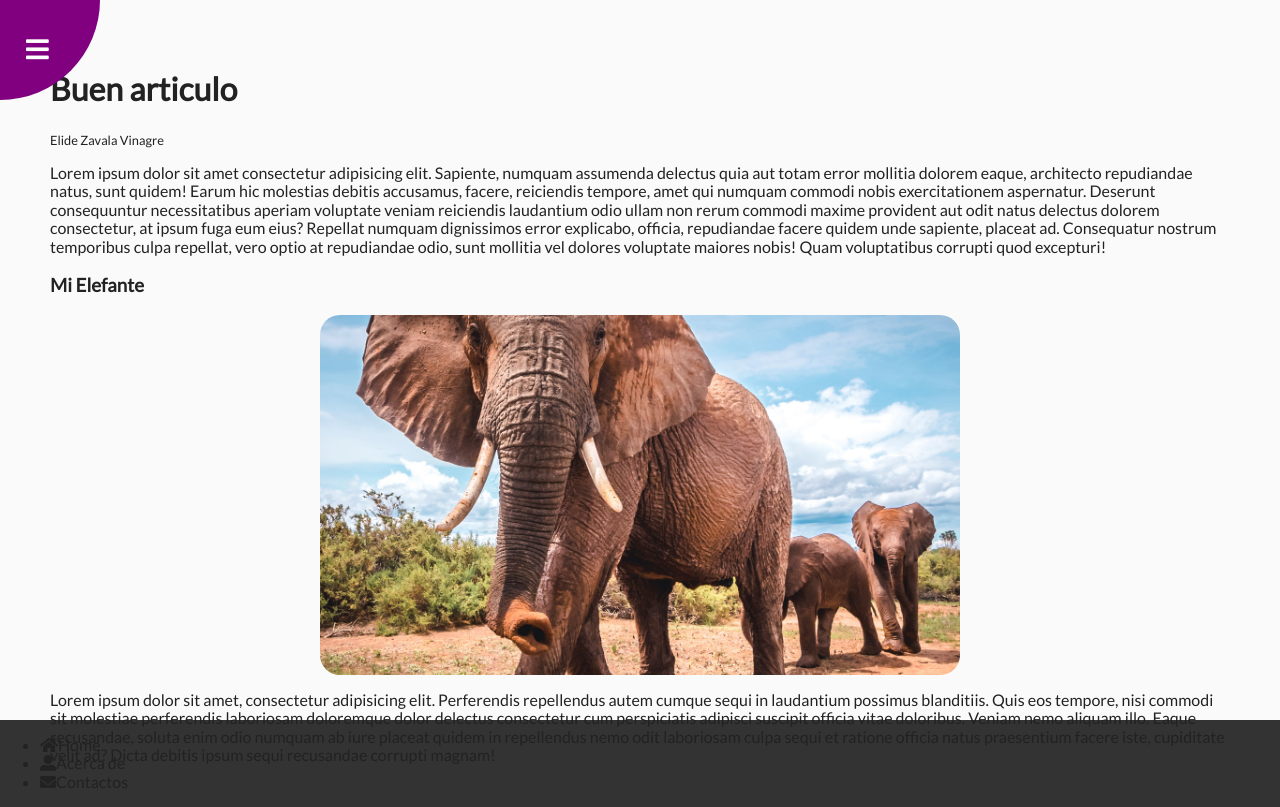
Repository: ElideZavala/Navagacion-en-rotacion
Page: index.html
An editor plug-in stored every save of this project. The page is shown before and after the next save, followed by the edit.
The browser window is 1280 px wide. The pictures show the whole page.

Above is the page before, as saved 2021-05-29 09:28:28.

### index.html
<!DOCTYPE html>
<html lang="en">
<head>
	<meta charset="UTF-8">
	<meta http-equiv="X-UA-Compatible" content="IE=edge">
	<meta name="viewport" content="width=device-width, initial-scale=1.0">
	<link rel="stylesheet" href="https://cdnjs.cloudflare.com/ajax/libs/font-awesome/5.15.3/css/all.min.css" integrity="sha512-iBBXm8fW90+nuLcSKlbmrPcLa0OT92xO1BIsZ+ywDWZCvqsWgccV3gFoRBv0z+8dLJgyAHIhR35VZc2oM/gI1w==" crossorigin="anonymous" referrerpolicy="no-referrer" />
	<link rel="stylesheet" href="style.css">
	<link rel="stylesheet" href="normalize.css">
	<title>Navegación Giratoria</title>
</head>
<body>
	<div class="container">
		<div class="circle-container">
			<div class="circle">
				<button id="close">
					<i class="fas fa-times"></i>
				</button>
				<button id="open">
					<i class="fas fa-bars"></i>
				</button>
			</div>
		</div>

		<div class="content">
			<h1 class="title">Buen articulo</h1>
			<small>Elide Zavala Vinagre</small>
			<p>Lorem ipsum dolor sit amet consectetur adipisicing elit. Sapiente, numquam assumenda delectus quia aut totam error mollitia dolorem eaque, architecto repudiandae natus, sunt quidem! Earum hic molestias debitis accusamus, facere, reiciendis tempore, amet qui numquam commodi nobis exercitationem aspernatur. Deserunt consequuntur necessitatibus aperiam voluptate veniam reiciendis laudantium odio ullam non rerum commodi maxime provident aut odit natus delectus dolorem consectetur, at ipsum fuga eum eius? Repellat numquam dignissimos error explicabo, officia, repudiandae facere quidem unde sapiente, placeat ad. Consequatur nostrum temporibus culpa repellat, vero optio at repudiandae odio, sunt mollitia vel dolores voluptate maiores nobis! Quam voluptatibus corrupti quod excepturi!</p>

			<h3 class="title">Mi Elefante</h3>
			<img class="img" src="./Elefante.jpg" alt="Elefante">
			<p>Lorem ipsum dolor sit amet, consectetur adipisicing elit. Perferendis repellendus autem cumque sequi in laudantium possimus blanditiis. Quis eos tempore, nisi commodi sit molestiae perferendis laboriosam doloremque dolor delectus consectetur cum perspiciatis adipisci suscipit officia vitae doloribus. Veniam nemo aliquam illo. Eaque recusandae, soluta enim odio numquam ab iure placeat quidem in repellendus nemo odit laboriosam culpa sequi et ratione officia natus praesentium facere iste, cupiditate velit ad? Dicta debitis ipsum sequi recusandae corrupti magnam!</p>
		</div>
	</div>

	<nav>
		<ul>
			<li><i class="fas fa-home"></i>Home</li>
			<li><i class="fas fa-user-alt"></i>Acerca de</li>
			<li><i class="fas fa-envelope"></i>Contactos</li>
		</ul>
	</nav>



	<script src="./script.js"></script>
</body>
</html>

### style.css
@import url('https://fonts.googleapis.com/css?family=Lato&display=swap');

* {
	box-sizing: border-box;
}

body {
	font-family: 'Lato', sans-serif;
	background-color: #333;
	color: #222;
	overflow: hidden;
	margin: 0;
}

.container {
	background-color: #fafafa;
	transform-origin: top left;
	transition: transform 0.5s linear;
	width: 100vw;
	height: 100vh;
	padding: 50px;
}

.container.show-nav {
	transform: rotate(-20deg);
}

.img{
	width: 50vw;
	height: 50vh;
	display: flex;
	border-radius: 20px;
	object-fit: cover;
	margin: auto;
}

.circle-container {
	position: fixed;
	top: -100px;
	left: -100px;
}

.circle {
	background-color: purple;
	height: 200px;
	width: 200px;
	border-radius: 50%;
	position: relative;
	transition: transform 0.5s linear;
}

.circle button {
	position: absolute;
	top: 50%;
	left: 50%;
	height: 100px;
	background: transparent;
	border: 0;
	font-size: 26px;
	color: #fff;
}

.circle button:focus {
	outline: none;
}

.circle button#open {
	left: 60%;
}

.circle button#close {
	top: 60%;
	transform: rotate(90deg);
	transform-origin: top left;
}

Loaded but not shown: normalize.css (library); script.js (no stored copy; drawn as an empty file)

After the next save:
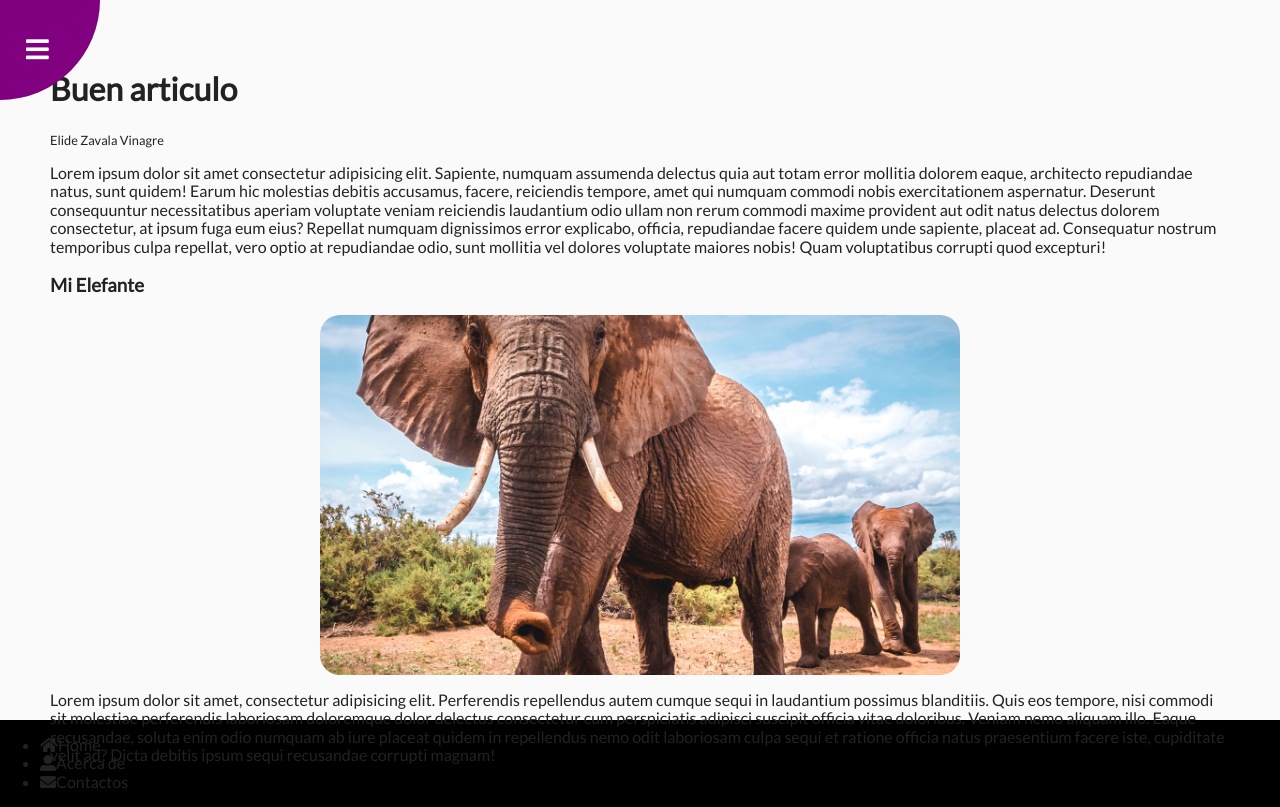
Saved 50 s later.
--- a/style.css
+++ b/style.css
@@ -6,7 +6,7 @@
 
 body {
 	font-family: 'Lato', sans-serif;
-	background-color: #333;
+	background-color: #000;
 	color: #222;
 	overflow: hidden;
 	margin: 0;

After the save that followed:
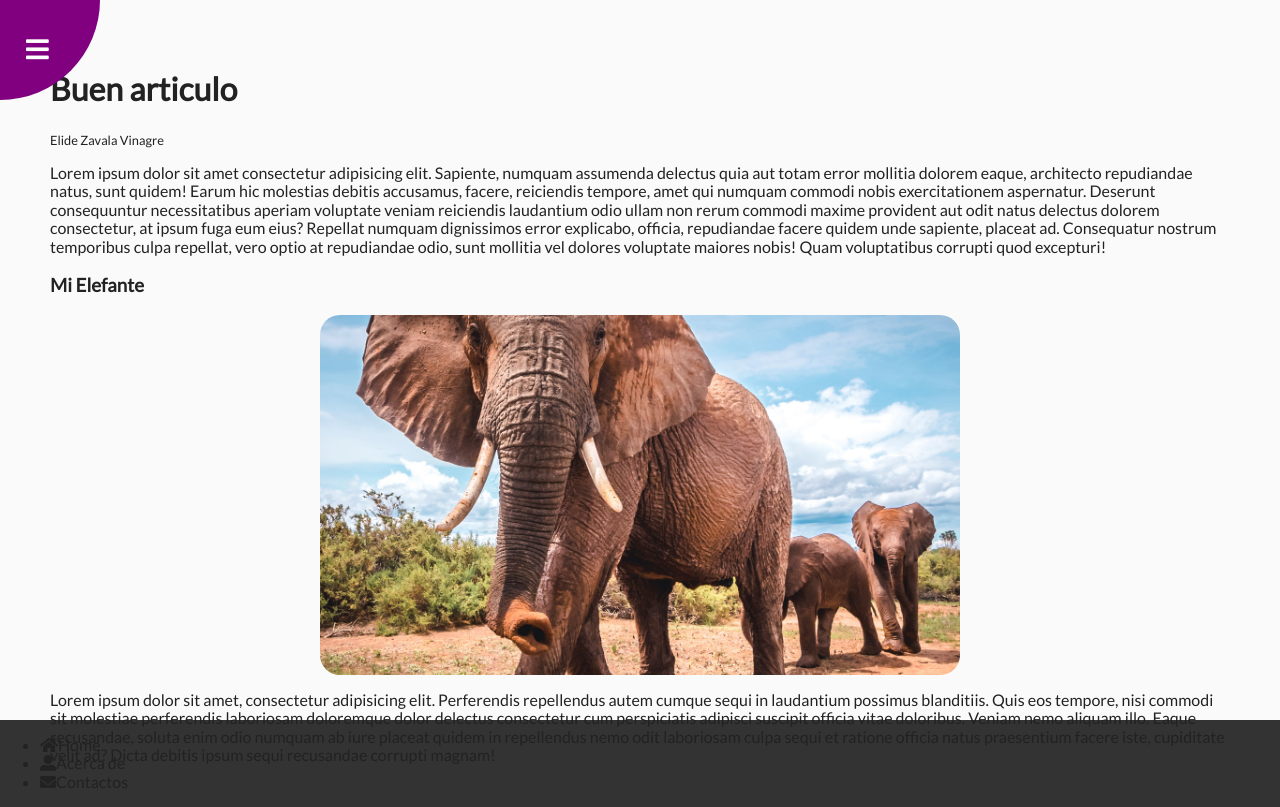
Saved 12 s later.
--- a/style.css
+++ b/style.css
@@ -6,7 +6,7 @@
 
 body {
 	font-family: 'Lato', sans-serif;
-	background-color: #000;
+	background-color: #333;
 	color: #222;
 	overflow: hidden;
 	margin: 0;
